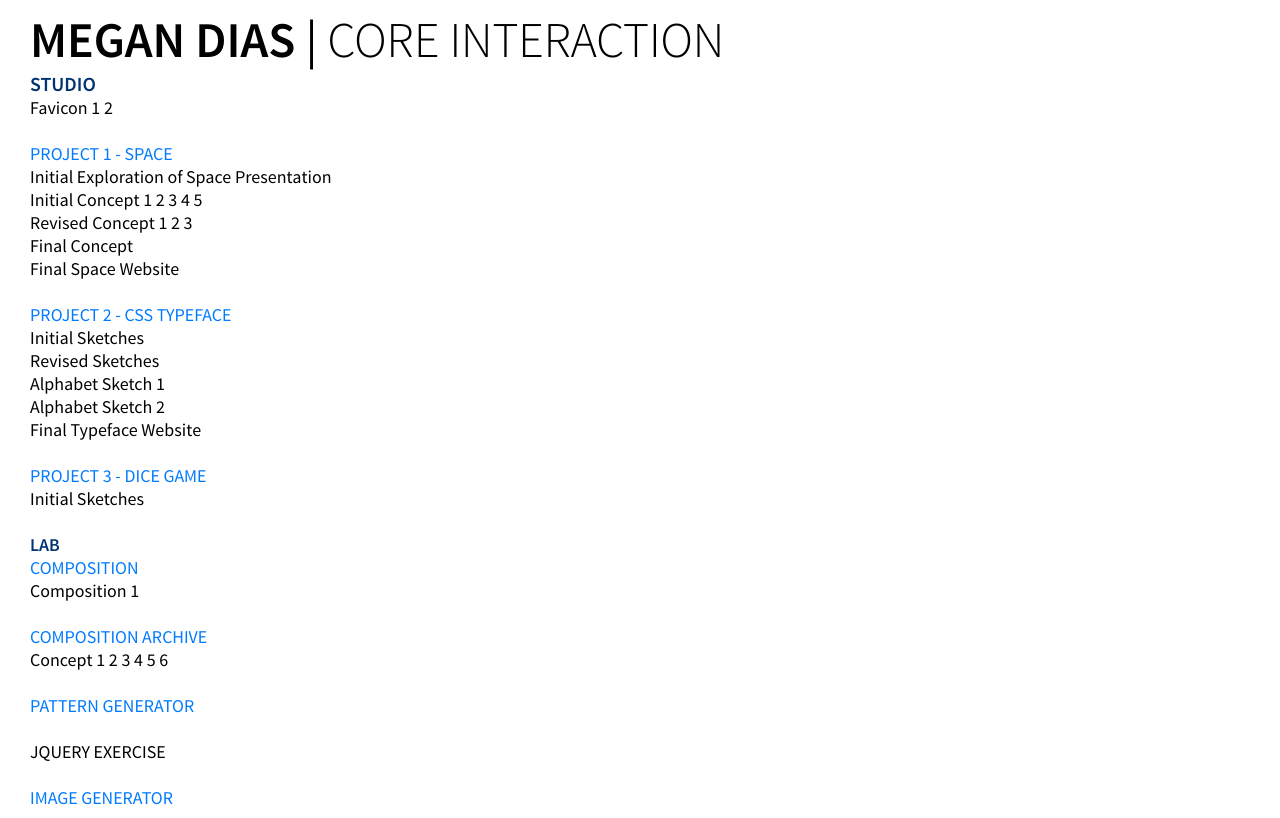
Repository: diasm568/diasm568.github.io
Page: index.html
The author's editor kept a record of every edit. The page is drawn from the files as they stood at one moment, then again after the next edit.
The browser window is 1280 px wide. The pictures show the whole page.

Above is the page before.

After the next edit:
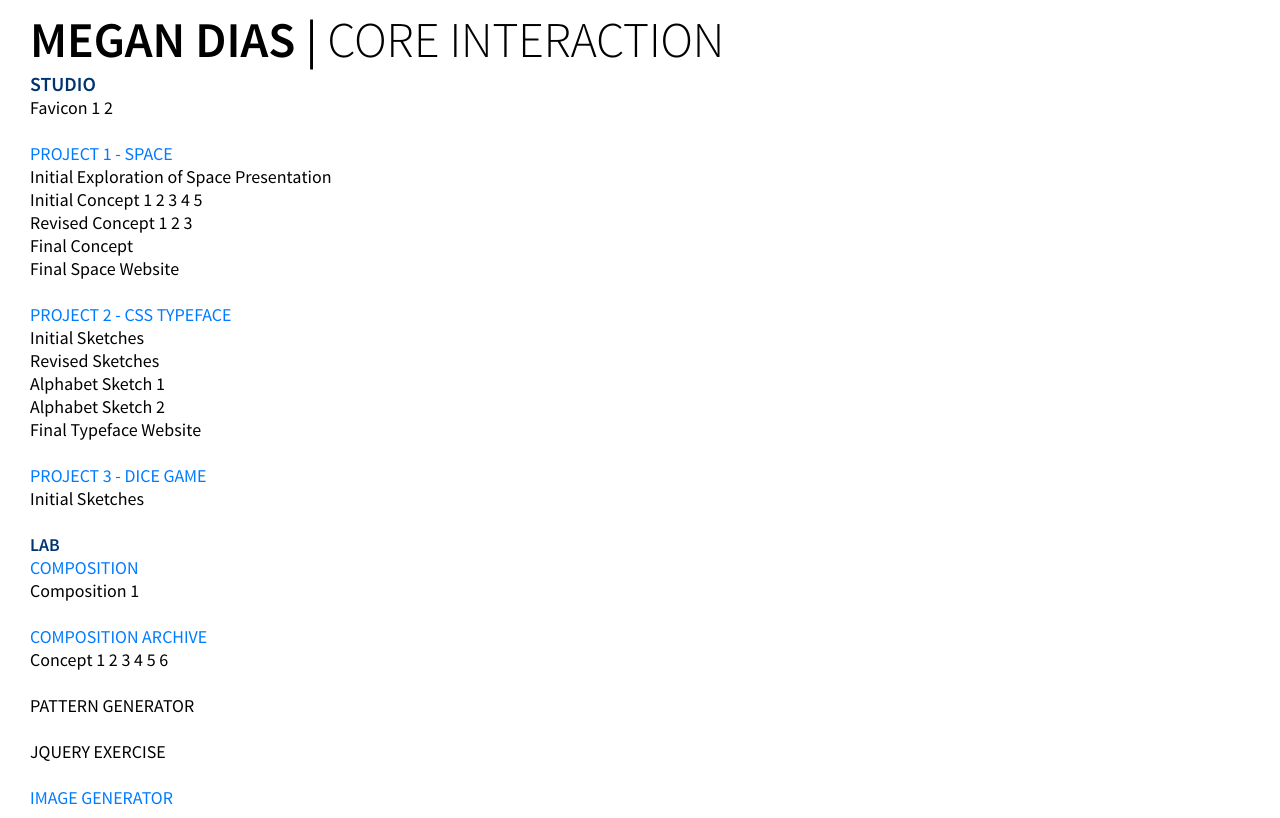
The edit:
--- a/index.html
+++ b/index.html
@@ -55,7 +55,7 @@
         <a href="lab/compositionArchive/initialSketches/archive1.pdf">Concept     1    </a><a href="lab/compositionArchive/initialSketches/archive2.pdf">    2    </a><a href="lab/compositionArchive/initialSketches/archive3.pdf">    3    </a><a href="lab/compositionArchive/initialSketches/archive4.pdf">    4    </a><a href="lab/compositionArchive/initialSketches/archive5.pdf">    5    </a></a><a href="lab/compositionArchive/initialSketches/archive6.pdf">    6    </a>
         <br>
         <br>
-        <span style="text-transform: uppercase">Pattern Generator</a></span>
+        <span style="text-transform: uppercase"><a href="lab/patternGenerator.js">Pattern Generator</a></span>
         <br>
         <br>
         <span style="text-transform: uppercase"><a href="lab/jqueryExercise/index.html">jQuery Exercise</a></span>
